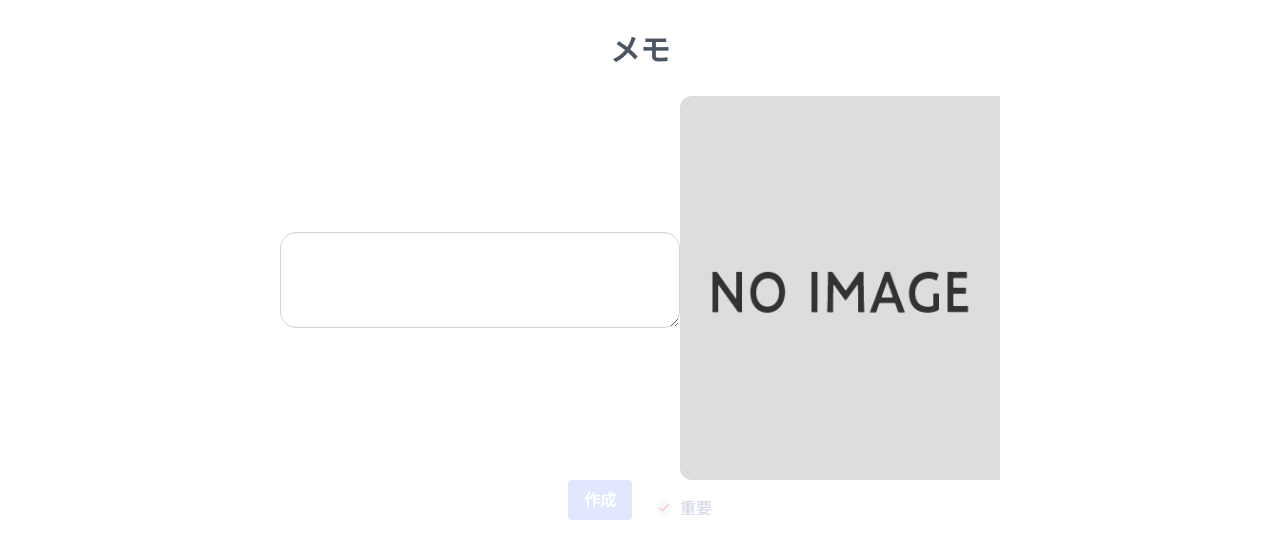
Repository: 1718wani/tsmemoapp
Page: /
The author's editor kept a copy of each file at every save. The page is drawn from the files as they stood at one save, then again after the next save.
The browser window is 1280 px wide. The pictures show the whole page.
The project was rebuilt for these pictures with package versions that can differ from the ones it lists, and the page was loaded fresh each time. Also part of the build but not shown: webpack.config.js.

Above is the page before, as saved 2023-06-11 16:29:31.

After the next save:
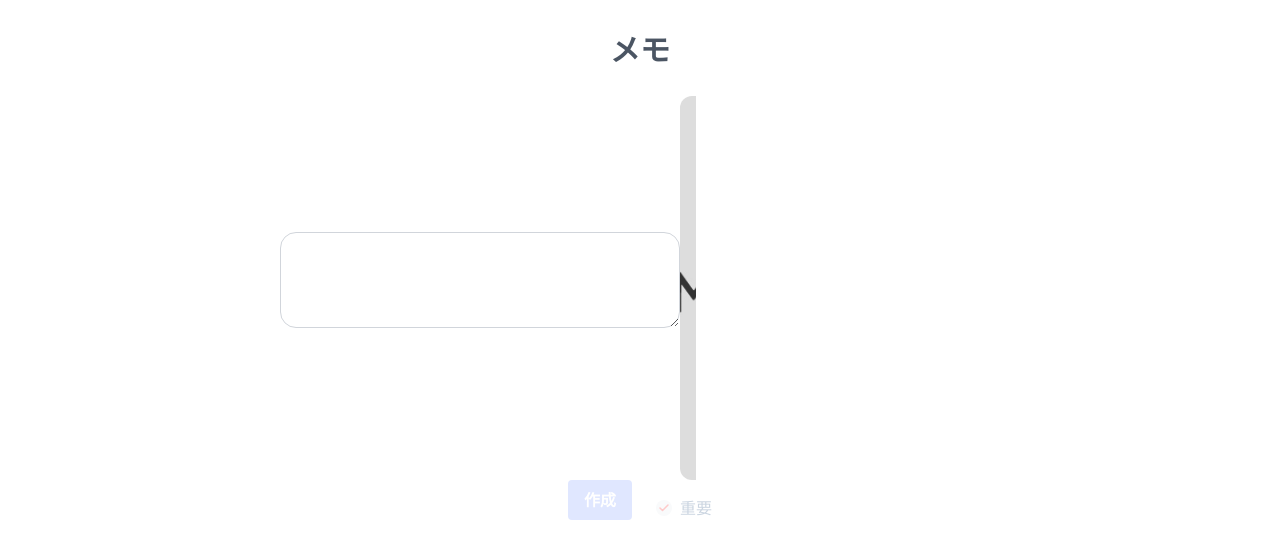
Saved 66 s later.
--- a/src/App.tsx
+++ b/src/App.tsx
@@ -86,7 +86,7 @@ function App() {
               />
               <div className="flex-shrink-0 relative w-full rounded-t-xl overflow-hidden pt-[40%] sm:rounded-l-xl sm:max-w-[15rem] md:rounded-tr-none md:max-w-xs">
                 <img
-                  className="w-full h-full absolute top-0 left-0 object-cover"
+                  className="w-4 h-full absolute top-0 left-0 object-cover"
                   src={!imagePreview ? brankImage : imagePreview}
                 alt="Description"
                 />
